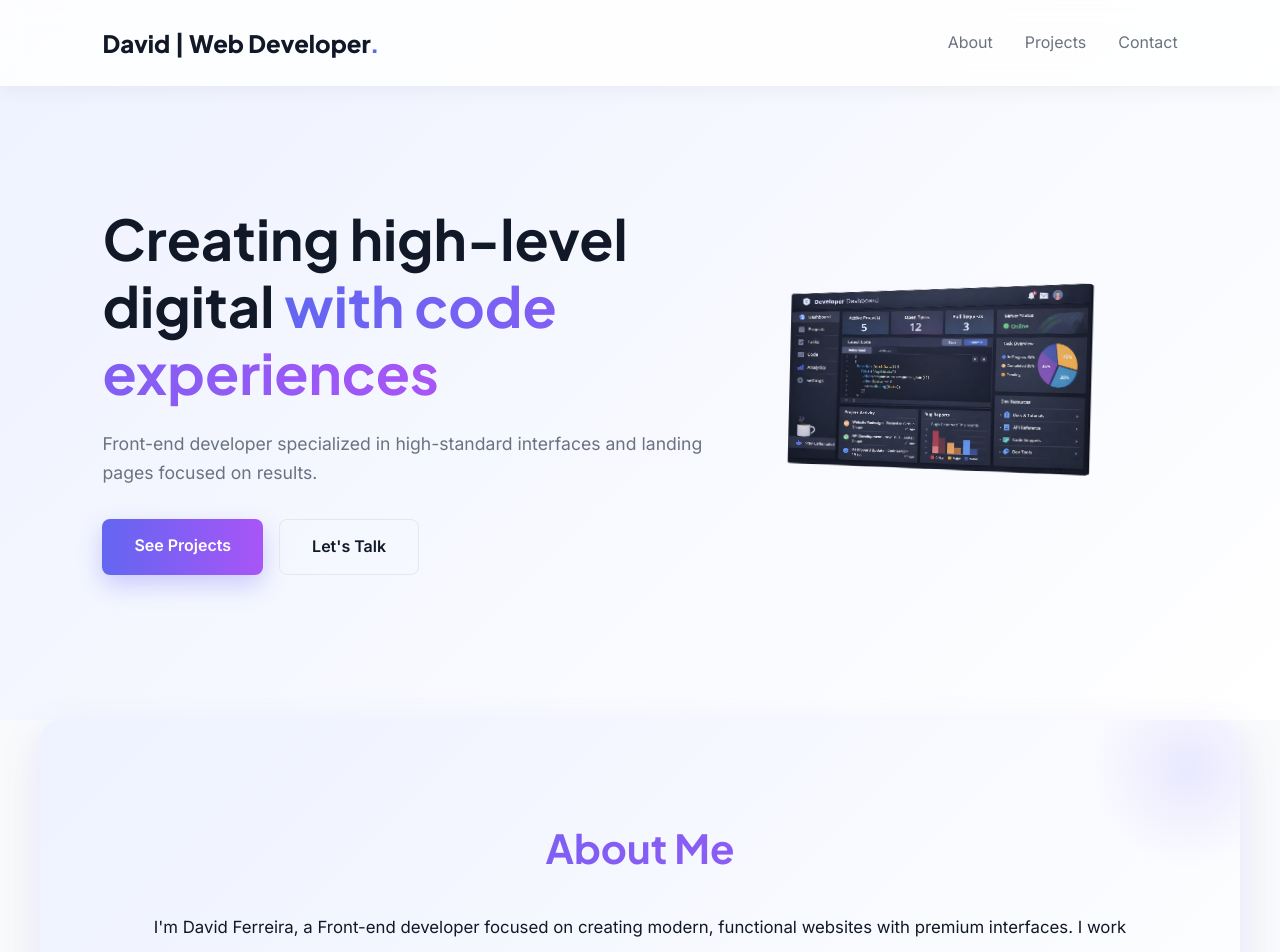
Repository: davidfsillva/David_Ferreira
Page: index.html
The author's editor kept a copy of each file at every save. The page is drawn from the files as they stood at one save, then again after the next save.
The browser window is 1280 px wide. The pictures show the part of the page from y = 0 to 952 px (the page is 2882 px tall before and 2948 px after).

Above is the page before, as saved 2026-02-11 15:19:56.
Console error: TypeError: Cannot read properties of null (reading 'addEventListener')

### index.html
<!DOCTYPE html>
<html lang="en">
<head>
    <meta charset="UTF-8">
    <meta name="viewport" content="width=device-width, initial-scale=1.0">

    <title>David Ferreira | Front-end Developer & Premium UI Designer</title>

    <!-- Primary SEO -->
    <meta name="description" content="David Ferreira is a front-end developer specialized in premium interfaces, high-conversion landing pages, and modern digital experiences.">
    <meta name="keywords" content="Front-end Developer, Web Designer, UI Designer, Landing Page, Web Development, Freelancer Brazil">
    <meta name="author" content="David Ferreira">
    <meta name="robots" content="index, follow">
    <link rel="canonical" href="https://yourdomain.com/">

    <!-- Open Graph (Facebook, LinkedIn) -->
    <meta property="og:title" content="David Ferreira | Premium Front-end Developer">
    <meta property="og:description" content="High-standard digital interfaces focused on performance and conversion.">
    <meta property="og:image" content="https://yourdomain.com/preview.jpg">
    <meta property="og:url" content="https://yourdomain.com/">
    <meta property="og:type" content="website">

    <!-- Twitter Card -->
    <meta name="twitter:card" content="summary_large_image">
    <meta name="twitter:title" content="David Ferreira | Web Developer">
    <meta name="twitter:description" content="Premium web development focused on performance and modern design.">
    <meta name="twitter:image" content="https://yourdomain.com/preview.jpg">

    <!-- Favicon -->
    <link rel="icon" href="favicon.ico" type="image/x-icon">

    <!-- Fonts -->
    <link href="https://fonts.googleapis.com/css2?family=Inter:wght@300;400;600&family=Plus+Jakarta+Sans:wght@700;800&display=swap" rel="stylesheet">

    <!-- Font Awesome -->
    <link rel="stylesheet" href="https://cdnjs.cloudflare.com/ajax/libs/font-awesome/6.5.0/css/all.min.css" integrity="sha512-..." crossorigin="anonymous" referrerpolicy="no-referrer" />

    <link rel="stylesheet" href="style.css">
</head>

<body>

    <!-- NAVBAR -->
    <nav class="navbar">
        <div class="logo"><a href="#">David | Web Developer<span>.</span></a></div>

        <ul class="nav-links">
            <li><a href="#about">About</a></li>
            <li><a href="#portfolio">Projects</a></li>
            <li><a href="#contact" class="btn-sm">Contact</a></li>
        </ul>
    </nav>

    <!-- HERO -->
    <section class="hero">
        <div class="hero-content">
            <h1>Creating high-level digital <span> with code experiences</span></h1>
            <p>Front-end developer specialized in high-standard interfaces and landing pages focused on results.</p>
            <div class="hero-btns">
                <a href="#portfolio" class="btn-primary">See Projects</a>
                <a href="#contact" class="btn-secondary">Let's Talk</a>
            </div>
        </div>
        <div class="hero-visual">
            <div class="hero-glow"></div>
        </div>
    </section>

    <!-- ABOUT -->
    <section id="about" class="section">
        <h2>About Me</h2>
        <p>I'm David Ferreira, a Front-end developer focused on creating modern, functional websites with premium interfaces. I work with HTML, CSS, JavaScript, and React, prioritizing performance, design, and user experience.</p>
        <p>My goal is to help businesses and professionals stand out digitally through websites that convey trust and deliver real results.</p>
    </section>

    <!-- PORTFOLIO -->
    <section id="portfolio" class="portfolio">
        <div class="section-header">
            <h2>Selected Projects</h2>
            <p>A showcase of solutions focused on performance and design.</p>
        </div>
        <div class="portfolio-grid">
            <!-- Project 1 -->
            <a href="https://davidfsillva.github.io/Alex-Carter/" target="_blank" class="project-link">
                <div class="project-card">
                    <div class="card-image">
                        <img src="img/alex.png" alt="Alex Carter Project">
                        <div class="card-overlay"><span>View Details</span></div>
                    </div>
                    <div class="card-info">
                        <h3>Alex Carter | Landing Page</h3>
                        <p>Personal branding website for a professional athlete.</p>
                    </div>
                </div>
            </a>

            <!-- Project 2 -->
            <a href="https://davidfsillva.github.io/e-hammershark/" target="_blank" class="project-link">
                <div class="project-card">
                    <div class="card-image">
                        <img src="img/ecomerce.png" alt="Hammershark Project">
                        <div class="card-overlay"><span>View Details</span></div>
                    </div>
                    <div class="card-info">
                        <h3>Hammershark | E-commerce</h3>
                        <p>Fitness fashion e-commerce, focused on branding and shopping experience.</p>
                    </div>
                </div>
            </a>

            <!-- Project 3 -->
            <a href="https://davidfsillva.github.io/landing-page/" target="_blank" class="project-link">
                <div class="project-card">
                    <div class="card-image">
                        <img src="img/landingpage.png" alt="Landing Page Project">
                        <div class="card-overlay"><span>View Details</span></div>
                    </div>
                    <div class="card-info">
                        <h3>Lucas Andrade | Landing Page</h3>
                        <p>Strategic landing page for lead generation and conversion.</p>
                    </div>
                </div>
            </a>

            <!-- Project 4 -->
            <a href="https://davidfsillva.github.io/beatriz-almeida-adv/" target="_blank" class="project-link">
                <div class="project-card">
                    <div class="card-image">
                        <img src="img/adv.png" alt="Beatriz Almeida Law Firm Project">
                        <div class="card-overlay"><span>View Details</span></div>
                    </div>
                    <div class="card-info">
                        <h3>Beatriz Almeida Law Firm | Institutional Website</h3>
                        <p>Institutional website conveying authority and trust.</p>
                    </div>
                </div>
            </a>
        </div>
    </section>

    <!-- CTA / CONTACT -->
    <section id="contact" class="cta-section">
        <h2>Ready to elevate your digital presence?</h2>
        <p>Turn your idea into a high-standard digital interface.</p>
        <a href="https://wa.me/5511990242453" target="_blank" class="btn-whatsapp">Start a WhatsApp Conversation</a>
    </section>

    <!-- FOOTER -->
    <footer>
        <div class="footer-content">
            <p>&copy; 2026 David Ferreira. All rights reserved.</p>
            <div class="social-links">
                <a href="mailto:davidfsillva@icloud.com" target="_blank" rel="noopener noreferrer"><i class="fa-solid fa-envelope"></i></a>
                <a href="https://www.instagram.com/david_websites?igsh=MWdmZWJ3MW80N3JsNQ==" target="_blank" rel="noopener noreferrer"><i class="fa-brands fa-instagram"></i></a>
            </div>
        </div>
    </footer>

    <script src="scripts.js"></script>
</body>
</html>

### style.css
:root {
  --primary: #6366f1;
  --primary-light: #818cf8;
  --accent: #a855f7;
  --text-dark: #111827;
  --text-light: #6b7280;
  --bg-light: #f9fafb;
  --white: #ffffff;
  --transition: all 0.3s ease;
}

/* RESET */
* {
  margin: 0;
  padding: 0;
  box-sizing: border-box;
}

html {
  scroll-behavior: smooth;   /* já tinha */
  scroll-padding-top: 70px; /* ajuste esse valor para altura da navbar */
}


body {
  font-family: 'Inter', sans-serif;
  background: var(--bg-light);
  color: var(--text-dark);
  line-height: 1.6;
  animation: fadePage 0.8s ease-in-out;
}

@keyframes fadePage {
  from { opacity: 0; transform: translateY(10px); }
  to { opacity: 1; transform: translateY(0); }
}

/* NAVBAR */
.navbar {
  position: fixed;
  width: 100%;
  top: 0;
  padding: 1.5rem 8%;
  display: flex;
  justify-content: space-between;
  align-items: center;
  background: rgba(255,255,255,0.85);
  backdrop-filter: blur(12px);
  box-shadow: 0 4px 20px rgba(0,0,0,0.05);
  z-index: 1000;
  transition: var(--transition);
}

.logo {
  font-family: 'Plus Jakarta Sans', sans-serif;
  font-weight: 800;
  font-size: 1.5rem;
}

.logo a {
  text-decoration: none;   /* remove o sublinhado */
  color: var(--text-dark); /* cor principal da logo */
  font-weight: 800;
  font-size: 1.5rem;
}

.logo a span {
  color: var(--primary);   /* deixa apenas o ponto colorido */
}


.logo span {
  color: var(--primary);
}

.nav-links {
  display: flex;
  list-style: none;
  gap: 2rem;
}

.nav-links a {
  text-decoration: none;
  color: var(--text-light);
  font-weight: 500;
  transition: var(--transition);
}

.nav-links a:hover {
  color: var(--primary);
  transform: translateY(-2px);
}

/* HERO */
.hero {
  min-height: 100vh;
  padding: 120px 8% 60px;
  display: flex;
  align-items: center;
  justify-content: space-between;
  background: linear-gradient(135deg, #eef2ff, #ffffff);
  flex-wrap: wrap;
}

.hero-content {
  max-width: 600px;
  animation: heroFade 1s ease 0.2s both;
}

@keyframes heroFade {
  from { opacity: 0; transform: translateY(40px); }
  to { opacity: 1; transform: translateY(0); }
}

.badge {
  display: inline-block;
  padding: 0.5rem 1rem;
  background: rgba(99,102,241,0.1);
  color: var(--primary);
  border-radius: 20px;
  font-size: 0.8rem;
  font-weight: 600;
  margin-bottom: 1.5rem;
}

.hero h1 {
  font-family: 'Plus Jakarta Sans', sans-serif;
  font-size: clamp(2rem, 5vw, 3.5rem);
  line-height: 1.2;
  margin-bottom: 1.5rem;
}

.hero h1 span {
  background: linear-gradient(90deg, var(--primary), var(--accent));
  -webkit-background-clip: text;
  -webkit-text-fill-color: transparent;
}

.hero p {
  font-size: 1.1rem;
  color: var(--text-light);
  margin-bottom: 2rem;
}

/* BUTTONS */
.btn-primary,
.btn-secondary,
.btn-whatsapp {
  display: inline-block;
  padding: 0.9rem 2rem;
  border-radius: 8px;
  text-decoration: none;
  font-weight: 600;
  transition: all 0.3s ease;
  position: relative;
  overflow: hidden;
}

.btn-primary {
  background: linear-gradient(90deg, var(--primary), var(--accent));
  color: white;
  box-shadow: 0 10px 25px rgba(99,102,241,0.3);
}

.btn-primary:hover {
  transform: translateY(-4px) scale(1.03);
}

.btn-primary:active {
  transform: scale(0.96);
}

.btn-primary::after {
  content: "";
  position: absolute;
  width: 200%;
  height: 200%;
  background: radial-gradient(circle, rgba(255,255,255,0.4), transparent 60%);
  top: -50%;
  left: -50%;
  opacity: 0;
  transition: opacity 0.4s ease;
}

.btn-primary:hover::after {
  opacity: 1;
}

.btn-secondary {
  border: 1px solid #e5e7eb;
  color: var(--text-dark);
  margin-left: 1rem;
}

.btn-secondary:hover {
  background: #f3f4f6;
  transform: translateY(-4px);
}

.btn-secondary:active {
  transform: scale(0.96);
}

.btn-whatsapp {
  background: #25d366;
  color: white;
}

.btn-whatsapp:hover {
  transform: translateY(-4px) scale(1.03);
}

.btn-whatsapp:active {
  transform: scale(0.96);
}

.hero-btns {
  display: flex;
  flex-wrap: wrap;
}

#about {
  text-align: center;
  max-width: 1200px; /* ocupa mais largura sem ficar exagerado */
  margin: 0 auto;
  padding: 6rem 8%;
  background: linear-gradient(135deg, #eef2ff 0%, #ffffff 100%); /* combina com hero */
  border-radius: 20px; /* bordas suaves */
  box-shadow: 0 15px 40px rgba(99,102,241,0.15); /* sombra leve e elegante */
  position: relative;
  overflow: hidden;
}

#about::before {
  content: "";
  position: absolute;
  width: 200px;
  height: 200px;
  background: radial-gradient(circle, rgba(163,155,253,0.2), transparent 70%);
  top: -50px;
  right: -50px;
  border-radius: 50%;
  z-index: 0;
  animation: pulseGlow 6s infinite ease-in-out;
}

#about h2 {
  font-family: 'Plus Jakarta Sans', sans-serif;
  font-size: clamp(2rem, 4vw, 2.5rem);
  margin-bottom: 2rem;
  position: relative;
  z-index: 1;
  background: linear-gradient(90deg, var(--primary), var(--accent));
  -webkit-background-clip: text;
  -webkit-text-fill-color: transparent;
}

#about p {
  font-size: 1.05rem;
  line-height: 1.9;
  color: var(--text-dark);
  margin-bottom: 1.8rem;
  position: relative;
  z-index: 1;
  opacity: 0;
  transform: translateY(20px);
  animation: fadeUp 1s forwards;
  animation-delay: 0.3s;
}

/* Animação suave */
@keyframes fadeUp {
  to {
    opacity: 1;
    transform: translateY(0);
  }
}



/* HERO VISUAL */
.hero-visual {
  flex: 1;
  min-height: 400px;
  display: flex;
  justify-content: center;
  align-items: center;
}

.hero-glow {
  width: 380px;
  height: 380px;
  background: url('img/dashboard.png') no-repeat center center;
  background-size: contain;
  animation: float-rotate 8s ease-in-out infinite;
}

@keyframes float-rotate {
  0%   { transform: translateY(0px) rotate(0deg); }
  50%  { transform: translateY(-10px) rotate(3deg); }
  100% { transform: translateY(0px) rotate(0deg); }
}

/* PORTFOLIO */
.portfolio {
  padding: 6rem 8%;
}

.section-header {
  text-align: center;
  margin-bottom: 4rem;
}

.section-header h2 {
  font-family: 'Plus Jakarta Sans', sans-serif;
  font-size: 2.2rem;
  margin-bottom: 1rem;
  color: var(--primary)
}

.section-header p {
  color: var(--text-light);
}

.portfolio-grid {
  display: grid;
  grid-template-columns: repeat(auto-fit, minmax(280px, 1fr));
  gap: 2rem;
}

.project-card {
  background: var(--white);
  border-radius: 16px;
  overflow: hidden;
  box-shadow: 0 10px 30px rgba(0,0,0,0.06);
  cursor: pointer;
  transition: transform 0.4s ease, box-shadow 0.4s ease;
  will-change: transform;
}

.project-card:hover {
  transform: translateY(-12px) scale(1.03);
  box-shadow: 0 25px 50px rgba(99,102,241,0.2);
}

.card-image {
  position: relative;
  overflow: hidden;
}

.card-image img {
  width: 100%;
  height: 220px;
  object-fit: cover;
  display: block;
  transition: transform 0.6s ease;
}

.project-card:hover .card-image img {
  transform: scale(1.08);
}

.card-overlay {
  position: absolute;
  inset: 0;
  background: rgba(99,102,241,0.8);
  display: flex;
  justify-content: center;
  align-items: center;
  color: white;
  font-weight: 600;
  opacity: 0;
  transition: opacity 0.4s ease;
}

.project-card:hover .card-overlay {
  opacity: 1;
}

.card-info {
  padding: 1.5rem;
}

.card-info h3 {
  margin-bottom: 0.5rem;
}

.card-info p {
  color: var(--text-light);
}

.project-link {
  text-decoration: none;
  color: inherit;
  display: block;
}


/* CTA */
.cta-section {
  padding: 5rem 8%;
  text-align: center;
  background: linear-gradient(135deg, #eef2ff, #ffffff);
}

/* FOOTER */
footer {
  padding: 5rem 8%;
  background: var(--white);
  border-top: 1px solid #e5e7eb;
  text-align: center; /* centraliza texto */

}

.footer-content {
  display: flex;
  flex-direction: column; /*empilha elementos verticalmente */
  align-items: center;    /* centraliza horizontalmente */
  gap: 1rem;              /* espaçamento entre elementos */
}

.social-links a {
  text-decoration: none;
  margin-left: 1rem;
  color: var(--text-light);
  transition: var(--transition);
}

.social-links a:hover {
  color: var(--primary);
  transform: translateY(-2px);
}

.cta-section p {
  color: var(--text-light);
  margin-bottom: 2.5rem; /* aumenta espaço abaixo do texto */
}

.btn-whatsapp {
  display: inline-block;
  background: #25d366;
  color: white;
  padding: 1rem 2rem;
  border-radius: 8px;
  text-decoration: none;
  font-weight: 600;
  transition: var(--transition);
  margin-top: 0.5rem; /* pequeno respiro extra */
}


/* MODAL */
.modal-overlay {
  position: fixed;
  inset: 0;
  background: rgba(0,0,0,0.6);
  display: none;
  justify-content: center;
  align-items: center;
  padding: 2rem;
  z-index: 2000;
}

.modal-content {
  background: white;
  width: 100%;
  max-width: 900px;
  border-radius: 20px;
  overflow: hidden;
  animation: modalZoom 0.4s cubic-bezier(.23,1,.32,1);
  position: relative;
}

@keyframes modalZoom {
  from { opacity: 0; transform: scale(0.85) translateY(20px); }
  to { opacity: 1; transform: scale(1) translateY(0); }
}

.modal-body {
  display: grid;
  grid-template-columns: 1fr 1fr;
}

.modal-img {
  min-height: 300px;
  background-size: cover !important;
}

.modal-text {
  padding: 2rem;
}

.close-modal {
  position: absolute;
  top: 20px;
  right: 25px;
  background: none;
  border: none;
  font-size: 2rem;
  cursor: pointer;
  transition: transform 0.3s ease;
}

.close-modal:hover {
  transform: rotate(90deg);
}

/* RESPONSIVO */
@media (max-width: 900px) {
  .hero {
    flex-direction: column;
    text-align: center;
  }

  .hero-visual {
    margin-top: 3rem;
  }

  .modal-body {
    grid-template-columns: 1fr;
  }
}

@media (max-width: 600px) {
  .navbar {
    padding: 1rem 5%;
  }

  .nav-links {
    display: none;
  }

  .hero {
    padding: 100px 5% 60px;
  }

  .portfolio {
    padding: 4rem 5%;
  }

  .cta-section {
    padding: 4rem 5%;
  }

  footer {
    padding: 2rem 5%;
  }

  .footer-content {
    flex-direction: column;
    text-align: center;
  }

  .social-links a {
    margin: 0 0.5rem;
  }
}

### scripts.js
// =============================
// NAVBAR SCROLL EFFECT
// =============================
const navbar = document.querySelector(".navbar");

window.addEventListener("scroll", () => {
  if (window.scrollY > 50) {
    navbar.style.padding = "1rem 8%";
    navbar.style.boxShadow = "0 8px 25px rgba(0,0,0,0.08)";
  } else {
    navbar.style.padding = "1.5rem 8%";
    navbar.style.boxShadow = "0 4px 20px rgba(0,0,0,0.05)";
  }
});

// =============================
// MODAL FUNCTIONALITY
// =============================
const modal = document.querySelector(".modal-overlay");
const modalImg = document.querySelector(".modal-img");
const modalTitle = document.querySelector(".modal-text h3");
const modalDesc = document.querySelector(".modal-text p");
const closeModal = document.querySelector(".close-modal");

const projectCards = document.querySelectorAll(".project-card");

projectCards.forEach(card => {
  card.addEventListener("click", () => {
    const title = card.querySelector("h3").innerText;
    const desc = card.querySelector("p").innerText;
    const img = card.querySelector("img").src;

    modalTitle.innerText = title;
    modalDesc.innerText = desc;
    modalImg.style.backgroundImage = `url(${img})`;

    modal.style.display = "flex";
    document.body.style.overflow = "hidden";
  });
});

// Fechar modal
closeModal.addEventListener("click", () => {
  modal.style.display = "none";
  document.body.style.overflow = "auto";
});

// Fechar clicando fora
modal.addEventListener("click", (e) => {
  if (e.target === modal) {
    modal.style.display = "none";
    document.body.style.overflow = "auto";
  }
});

// Fechar com ESC
document.addEventListener("keydown", (e) => {
  if (e.key === "Escape") {
    modal.style.display = "none";
    document.body.style.overflow = "auto";
  }
});

// =============================
// SCROLL REVEAL ANIMATION
// =============================
const revealElements = document.querySelectorAll(
  ".hero-content, .project-card, .section-header, .cta-section"
);

const observer = new IntersectionObserver(
  (entries) => {
    entries.forEach(entry => {
      if (entry.isIntersecting) {
        entry.target.style.opacity = "1";
        entry.target.style.transform = "translateY(0)";
      }
    });
  },
  { threshold: 0.2 }
);

revealElements.forEach(el => {
  el.style.opacity = "0";
  el.style.transform = "translateY(40px)";
  el.style.transition = "all 0.8s ease";
  observer.observe(el);
});

// =============================
// BUTTON MICRO INTERACTION
// =============================
const buttons = document.querySelectorAll(".btn-primary, .btn-secondary, .btn-whatsapp");

buttons.forEach(btn => {
  btn.addEventListener("mouseenter", () => {
    btn.style.transform = "scale(1.05)";
  });

  btn.addEventListener("mouseleave", () => {
    btn.style.transform = "scale(1)";
  });
});

After the next save:
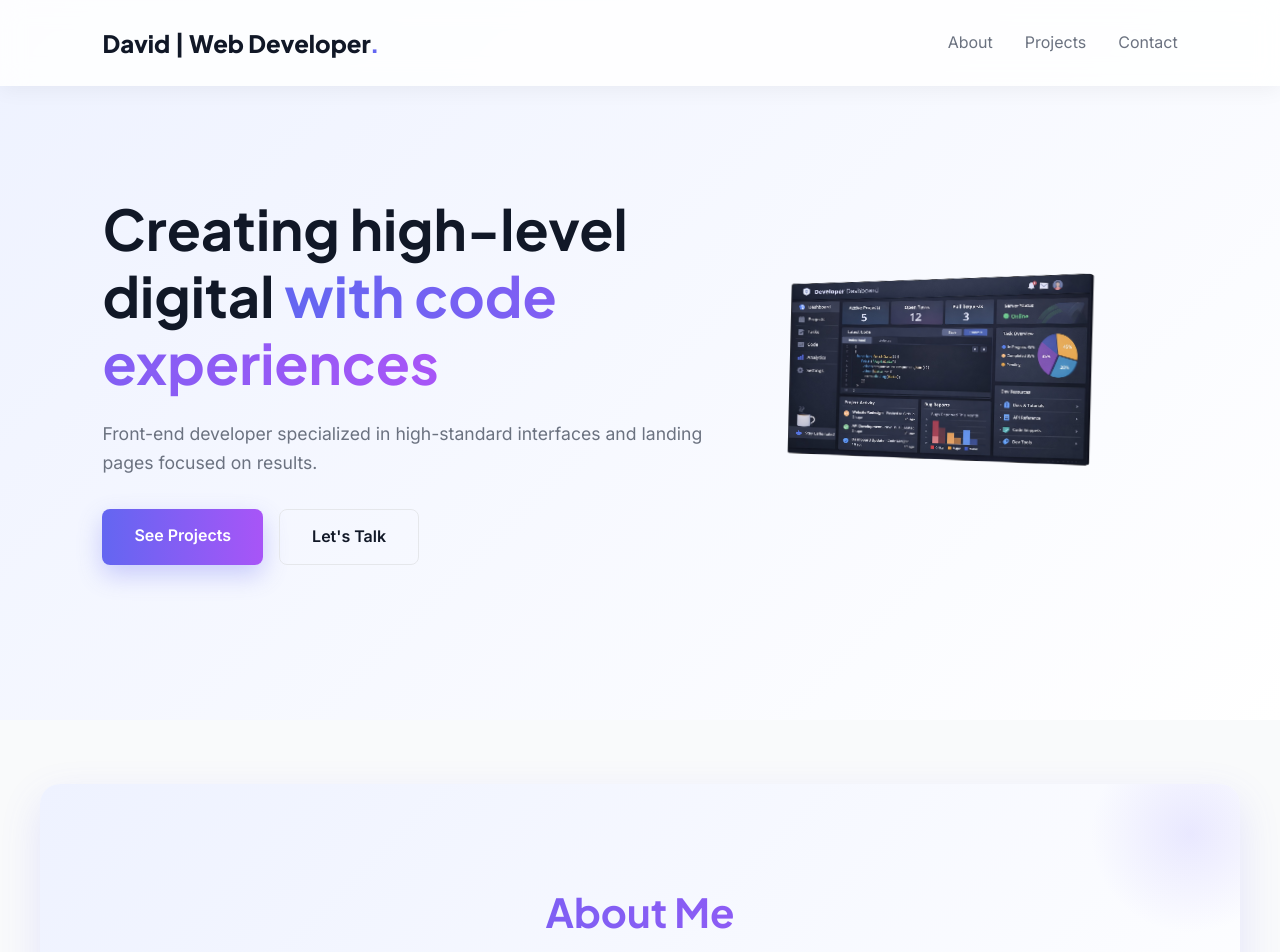
Saved 10 s later.
--- a/style.css
+++ b/style.css
@@ -94,7 +94,7 @@ body {
 /* HERO */
 .hero {
   min-height: 100vh;
-  padding: 120px 8% 60px;
+  padding: 120px 8% 80px; /* aumentei de 60px para 80px */
   display: flex;
   align-items: center;
   justify-content: space-between;
@@ -221,12 +221,12 @@ body {
 
 #about {
   text-align: center;
-  max-width: 1200px; /* ocupa mais largura sem ficar exagerado */
-  margin: 0 auto;
+  max-width: 1200px;
+  margin: 4rem auto 0; /* adiciona mais distância do Hero */
   padding: 6rem 8%;
-  background: linear-gradient(135deg, #eef2ff 0%, #ffffff 100%); /* combina com hero */
-  border-radius: 20px; /* bordas suaves */
-  box-shadow: 0 15px 40px rgba(99,102,241,0.15); /* sombra leve e elegante */
+  background: linear-gradient(135deg, #eef2ff 0%, #ffffff 100%);
+  border-radius: 20px;
+  box-shadow: 0 15px 40px rgba(99,102,241,0.15);
   position: relative;
   overflow: hidden;
 }
@@ -405,25 +405,37 @@ body {
 
 /* FOOTER */
 footer {
-  padding: 5rem 8%;
-  background: var(--white);
-  border-top: 1px solid #e5e7eb;
-  text-align: center; /* centraliza texto */
-
+  padding: 4rem 8%;
+  background: linear-gradient(135deg, #eef2ff, #ffffff);
+  border-top: 1px solid rgba(99,102,241,0.2);
+  text-align: center;
+  border-radius: 20px 20px 0 0;
+  box-shadow: 0 -4px 20px rgba(99,102,241,0.05);
 }
 
 .footer-content {
   display: flex;
-  flex-direction: column; /*empilha elementos verticalmente */
-  align-items: center;    /* centraliza horizontalmente */
-  gap: 1rem;              /* espaçamento entre elementos */
+  flex-direction: column;
+  align-items: center;
+  gap: 1.5rem;
+}
+
+.footer-content p {
+  color: var(--text-dark);
+  font-weight: 500;
+}
+
+.social-links {
+  display: flex;
+  gap: 1.5rem;
 }
 
 .social-links a {
-  text-decoration: none;
-  margin-left: 1rem;
-  color: var(--text-light);
-  transition: var(--transition);
+  color: var(--primary);
+  background: rgba(99,102,241,0.1);
+  padding: 0.8rem;
+  border-radius: 30%;
+  transition: all 0.3s ease;
 }
 
 .social-links a:hover {
